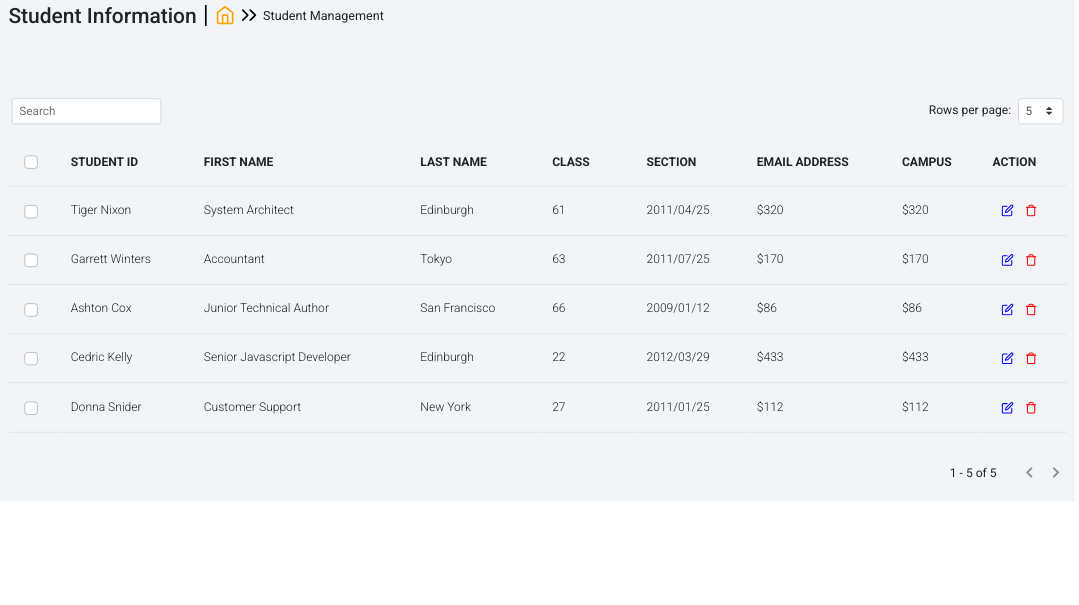
Repository: deepakrajput1998/hestabit_assignment
Page: /
These files come from the project's save history. The page is drawn as it stood at one moment and after the next save; the edit follows.
The browser window is 1280 px wide. The page is 1285 px wide, so the pictures cover 1285 px, including what lies to the right of the window. The pictures show the whole page, at 84% of full size.
The project was rebuilt for these pictures with package versions that can differ from the ones it lists, and the page was loaded fresh each time.

Above is the page before, as saved 2021-07-25 05:12:55.

After the next save:
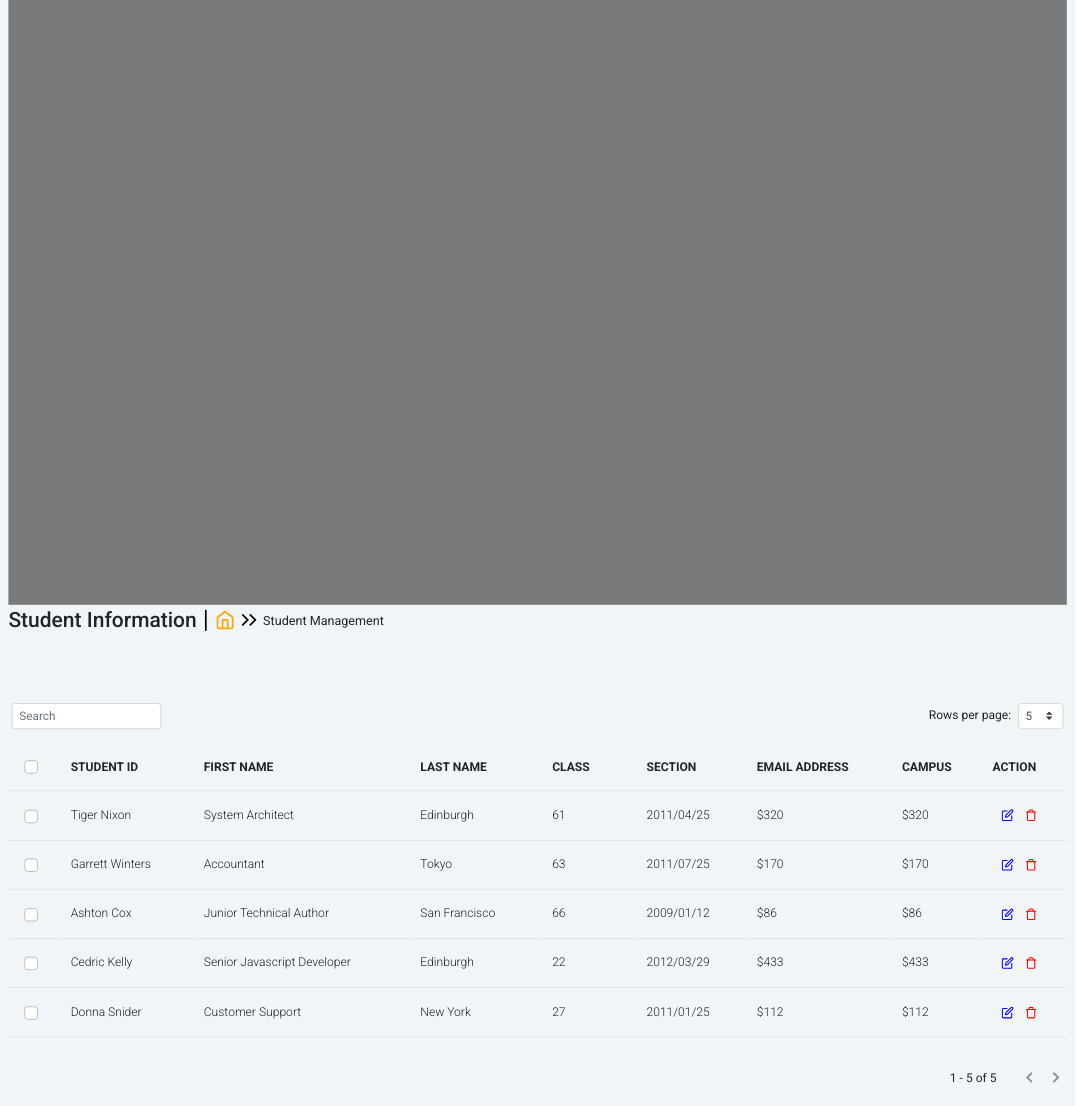
Saved 2 min 17 s later.
--- a/src/Pages/StudentListing/StudentListing.js
+++ b/src/Pages/StudentListing/StudentListing.js
@@ -4,10 +4,12 @@ import {Home ,ChevronRight} from 'react-feather'
 import DataTable from '../../Component/Common/DataTable/DataTable';
 import { Sidedrawer } from '../../Component/Sidedrawer/Sidedrawer';
 import { useRef } from 'react';
+import Backdrop from '../../Component/Common/Backdrop/Backdrop';
 const StudentListing = () => {
    const sideDrawerRef= useRef()
     return (
       <div>
+          <Backdrop/>
         <Sidedrawer sideDrawerRef={sideDrawerRef} />
         <div className={classes.StudentListing_header}>
           <span className={classes.StudentListing_title}>
